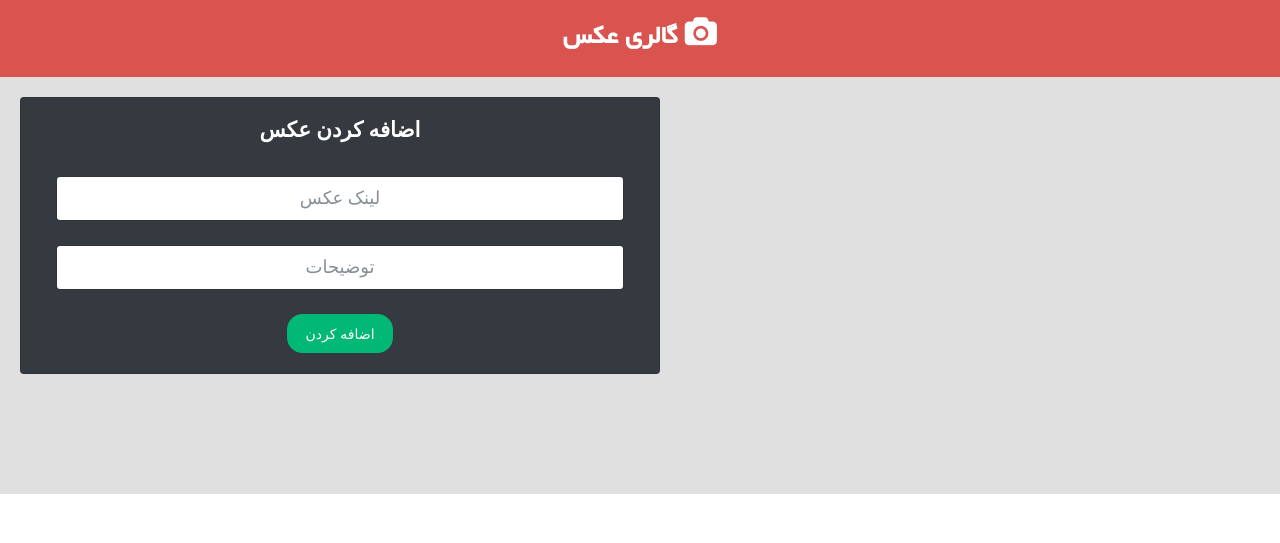
Repository: sadegh1379/PhotoWall-app
Page: /addphoto
The author's editor kept a copy of each file at every save. The page is drawn from the files as they stood at one save, then again after the next save.
The browser window is 1280 px wide. The pictures show the whole page.
The project was rebuilt for these pictures with package versions that can differ from the ones it lists, and the page was loaded fresh each time. Also part of the build but not shown: src/Component/Photo.js, src/Component/PhotoWall.js.

Above is the page before, as saved 2020-02-22 13:27:27.

After the next save:
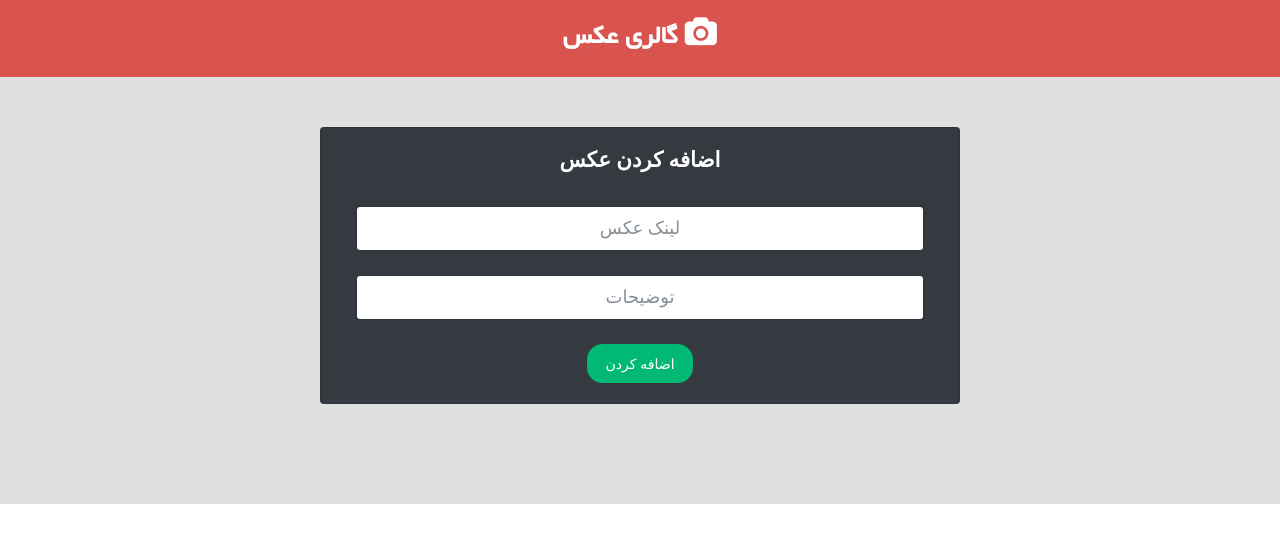
Saved 10 s later.
--- a/src/App.css
+++ b/src/App.css
@@ -47,5 +47,5 @@
 
 .form-card{
     width: 50%;
-    margin: 20px;
+    margin-top: 50px;
 }
